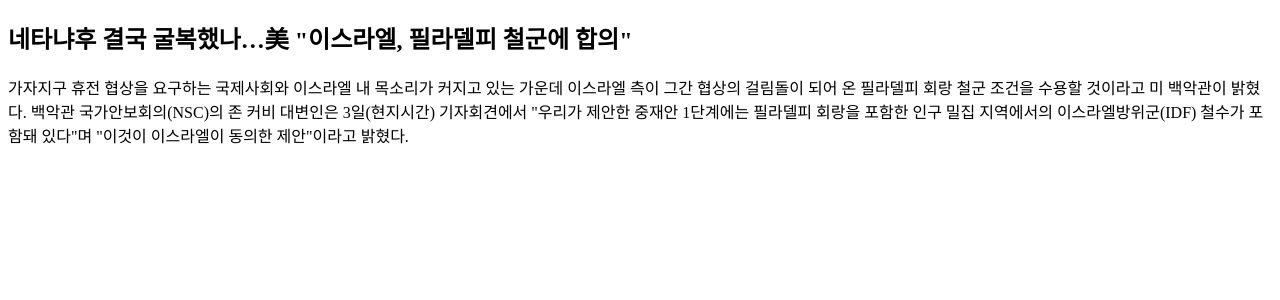
Repository: BaekDoHyeon/Kosta_04_FrontStudy
Page: http://localhost/web18_JQueryUI/tabpages/content3.jsp
An editor plug-in stored every save of this project. The page is shown before and after the next save, followed by the edit.
The browser window is 1280 px wide. The pictures show the whole page.
The page is served by Tomcat 9.

Above is the page before, as saved 2024-09-04 03:08:47.

After the next save:
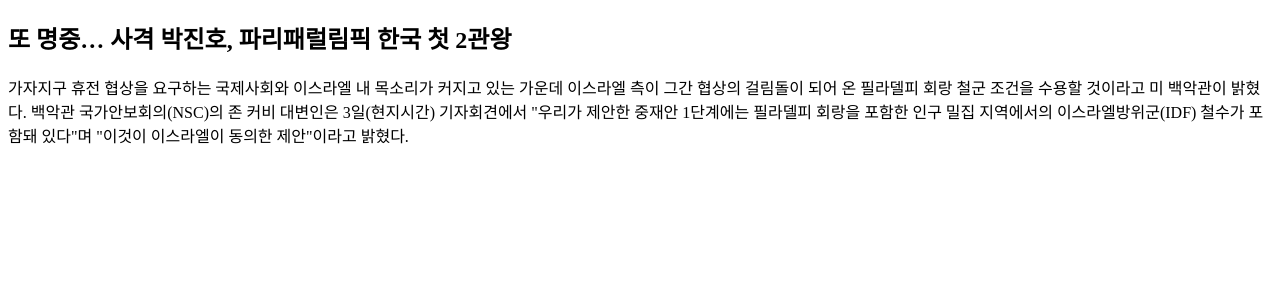
Saved 42 s later.
--- a/work05_BackEnd/web18_JQueryUI/src/main/webapp/tabpages/content3.jsp
+++ b/work05_BackEnd/web18_JQueryUI/src/main/webapp/tabpages/content3.jsp
@@ -9,7 +9,7 @@
 <title>Insert title here</title>
 </head>
 <body>
-<h2>네타냐후 결국 굴복했나…美 "이스라엘, 필라델피 철군에 합의"</h2>
+<h2>또 명중… 사격 박진호, 파리패럴림픽 한국 첫 2관왕</h2>
 <p>가자지구 휴전 협상을 요구하는 국제사회와 이스라엘 내 목소리가 커지고 있는 가운데 이스라엘 측이 그간 협상의 걸림돌이 되어 온 필라델피 회랑 철군 조건을 수용할 것이라고 미 백악관이 밝혔다.
 
 백악관 국가안보회의(NSC)의 존 커비 대변인은 3일(현지시간) 기자회견에서 "우리가 제안한 중재안 1단계에는 필라델피 회랑을 포함한 인구 밀집 지역에서의 이스라엘방위군(IDF) 철수가 포함돼 있다"며 "이것이 이스라엘이 동의한 제안"이라고 밝혔다.</p>
